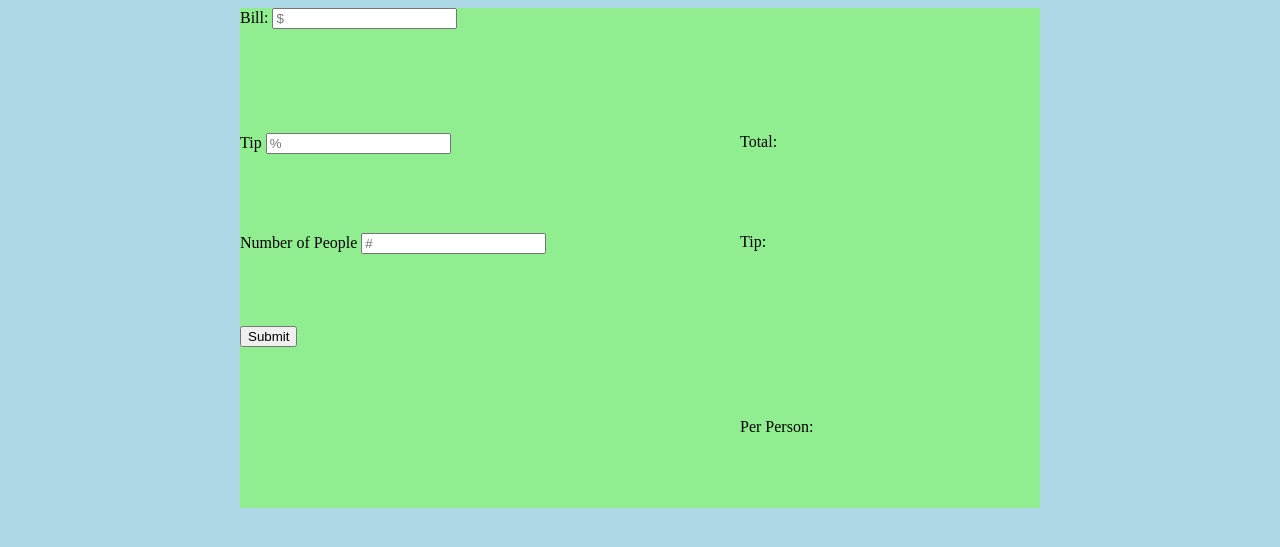
Repository: SamirIngley/Tip-Calculator
Page: tip_display.html
The author's editor kept a copy of each file at every save. The page is drawn from the files as they stood at one save, then again after the next save.
The browser window is 1280 px wide. The pictures show the whole page.

Above is the page before, as saved 2020-02-13 09:59:32.

### tip_display.html
<!DOCTYPE html>
<html lang="en">
<head>
    <meta charset="UTF-8">
    <meta name="viewport" content="width=device-width, initial-scale=1.0">
    <meta http-equiv="X-UA-Compatible" content="ie=edge">
    <link href="style.css" rel="stylesheet">
    <title>Tip Calculator</title>
</head>
<body>

    <form id='form' class='form'>
        <div class='bill'>
            <label>Bill:</label>
            <input id='bill' type="number" name="bill" placeholder="$">
        </div>
        <br>
        <div class='tip'>
            <label>Tip</label>
            <input id='tip' type="number" name="tip" placeholder="%">
        </div>
        <br>
        <div class='numppl'>
            <label>Number of People</label>
            <input id='numppl' type="number" name="numppl" placeholder="#">
        </div>
        <br>
        <div class='submit'>
            <input type="submit" name="submit" value="Submit">
        </div>

        <div id='tip-display' class="tip-disp">
            Tip:
        </div>

        <div id='total-display' class="total-disp">
            Total:
        </div>

        <div id='total-pp-display' class="pp-disp">
            Per Person:
        </div>

    </div>

</body>



    <script>

        const inputBill = document.getElementById('bill')
        const inputTip = document.getElementById('tip')
        const inputNumppl = document.getElementById('numppl')
        const form = document.getElementById('form')
        const displayTip = document.getElementById('tip-display')
        const displayTotal = document.getElementById('total-display')
        const displayTotalPP = document.getElementById('total-pp-display')


        function calculateTip() {

            const bill = parseInt(inputBill.value)
            const people = inputNumppl.value
            const percent = inputTip.value
            const tip = bill * percent / 100
            const total = bill + tip
            const totalPP = total / people
            console.log(bill)
            console.log(percent)
            console.log(total)
            console.log(tip)
            console.log(people)
            console.log(totalPP)

            displayTip.innerHTML = `Tip: $${tip.toFixed(2)}`
            displayTotal.innerHTML = `Total: $${total.toFixed(2)}`
            displayTotalPP.innerHTML = `Per Person: $${totalPP.toFixed(2)}`
        }



        form.addEventListener("submit", function(e) {
            e.preventDefault()
            calculateTip()
        })

        // inputBill.addEventListnener('change', function(e) {
        //     console.log(inputBill.value)
        //     const newBillAMount = parseFloat(e.target.value)

        // })

    </script>



</body>
</html>

### style.css
body {
    background-color: lightblue;
    justify-content: center;
    align-items: center;
    /* margin: 100px; */
    /* padding: 100px; */
    display: flex;
}

.form {
    background-color: lightgreen;
    display: grid;
    grid-template-columns: 500px 300px;
    grid-template-rows: 25% 100px auto;
    height: 500px;
    width: 800px;
    grid-template-areas: "b p"
                         "t y"
                         "n d"
                         "s ."

}


/*
.form {
    display: block;
    font-family: Arial, Helvetica, sans-serif;
    font-size: 36px;
    text-align: center;
    margin: 10px;
    padding: 50px;
} */


.bill {
    grid-area: b;
}

.tip {
    grid-area: t;
}

.numppl {
    grid-area: n;
}

.submit {
    grid-area: s;
}


.tip-disp {
    grid-area: d;
}

.total-disp {
    grid-area: y
}


.pp-display {
    grid-area: p
}

After the next save:
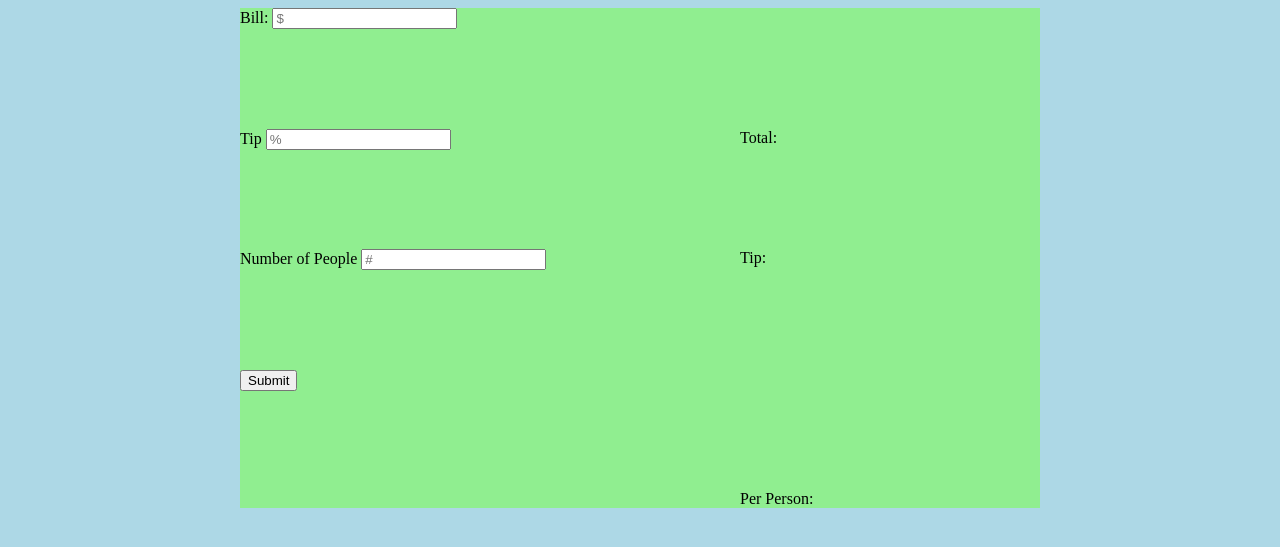
Saved 35 s later.
--- a/style.css
+++ b/style.css
@@ -11,7 +11,7 @@ body {
     background-color: lightgreen;
     display: grid;
     grid-template-columns: 500px 300px;
-    grid-template-rows: 25% 100px auto;
+    grid-template-rows: repeat(4, 1fr);
     height: 500px;
     width: 800px;
     grid-template-areas: "b p"
